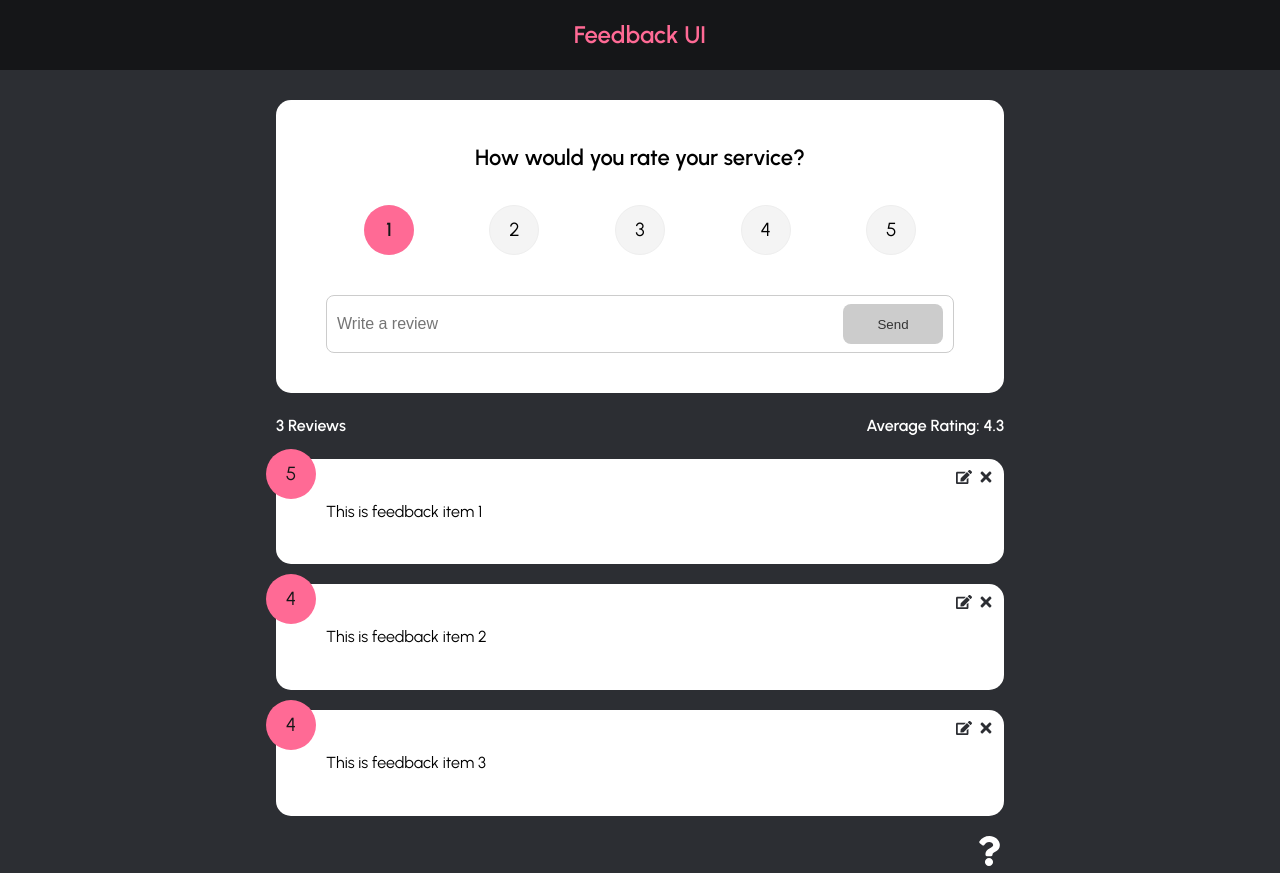
Repository: Vasil1001/feedback-project-react
Page: /
An editor plug-in stored every save of this project. The page is shown before and after a run of saves, followed by the edit.
The browser window is 1280 px wide. The pictures show the whole page.
The project was rebuilt for these pictures with package versions that can differ from the ones it lists, and the page was loaded fresh each time. Also part of the build but not shown: vite.config.js, src/pages/AboutPage.jsx.

Above is the page before, as saved 2023-01-07 19:56:29.

After the next 3 saves:
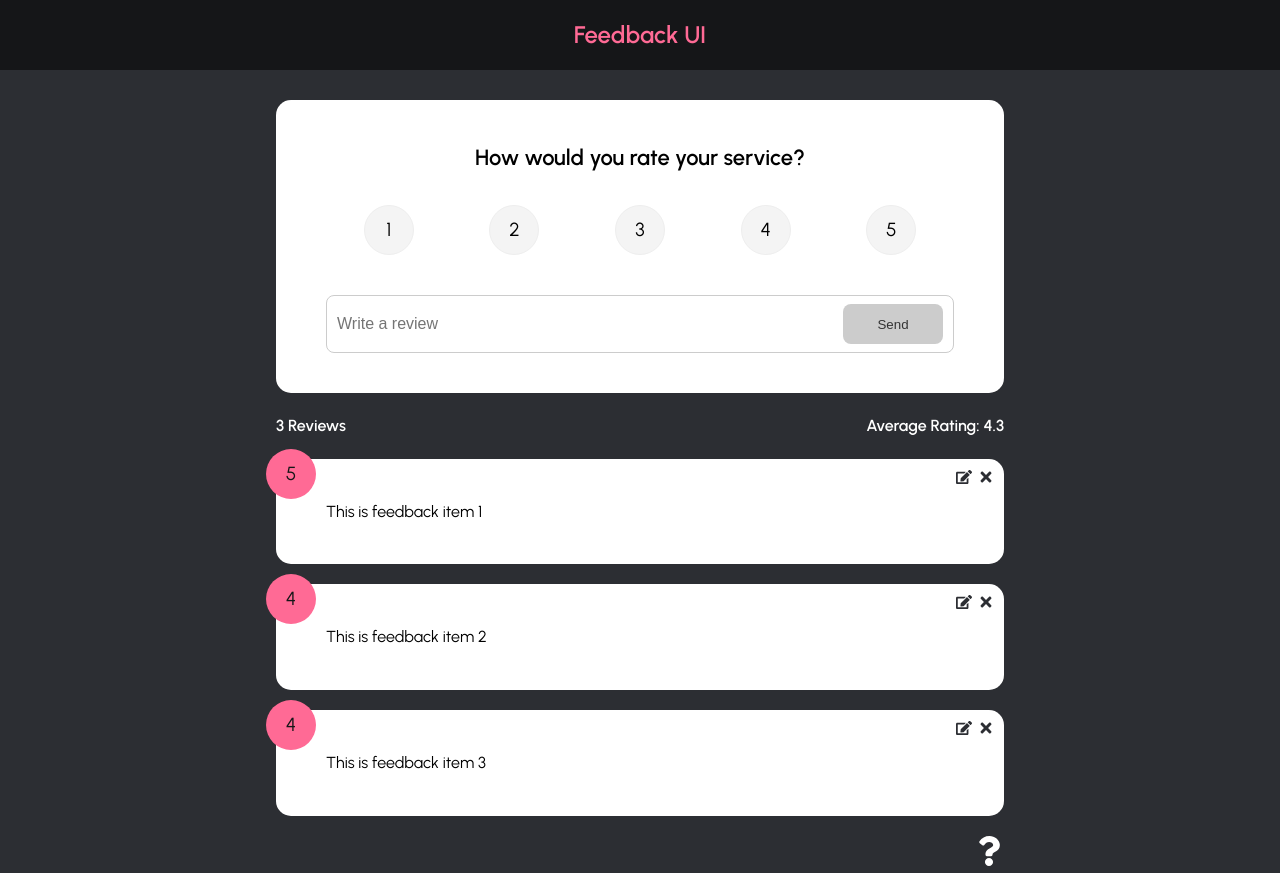
The 3 saves are shown as one change because they came seconds apart.
The last was saved 11 s later.
--- a/src/components/RatingSelect.jsx
+++ b/src/components/RatingSelect.jsx
@@ -7,8 +7,9 @@ export default function RatingSelect({ select }) {
     const { feedbackEdit } = useContext(FeedbackContext)
 
     useEffect(() => {
+        setSelected(feedbackEdit.item.rating)
+    }, [feedbackEdit])
 
-    }, [feedbackEdit])
     const handleChange = (e) => {
         setSelected(+e.currentTarget.value)
         select(+e.currentTarget.value)
